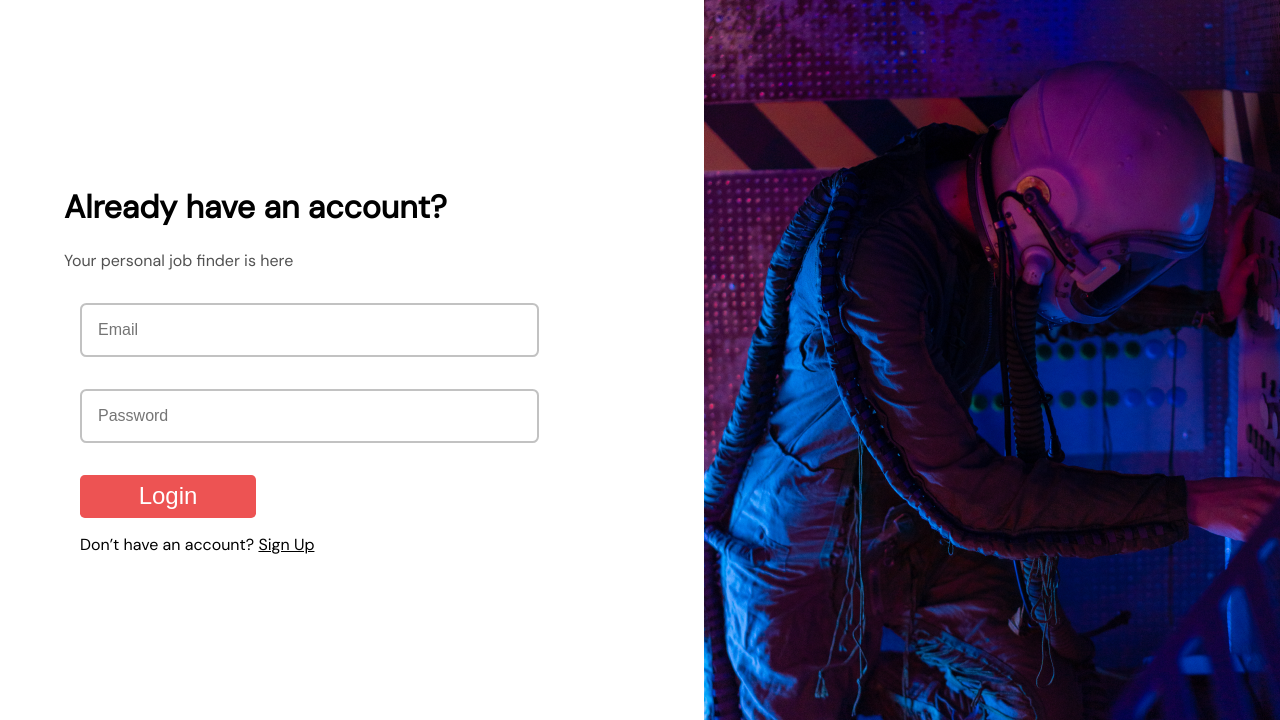
Repository: drumsmanku/node-capstone-project-1
Page: / (app in client/)
An editor plug-in stored every save of this project. The page is shown before and after the next save, followed by the edit.
The browser window is 1280 px wide. The pictures show the whole page.
The page's requests for data from a server got no answer. The project was rebuilt for these pictures with package versions that can differ from the ones it lists, and the page was loaded fresh each time. No one was signed in, and anything a server would have sent is missing. Also part of the build but not shown: client/src/components/Register.js, client/src/components/AddJob.js, client/src/components/Success.js, client/src/components/ViewDetailsWithoutLogin.css, client/src/components/ViewDetailsWithoutLogin.js, client/src/components/EditJob.js, client/src/components/JobDetails.css, client/src/components/JobDetails.js.

Above is the page before, as saved 2023-07-23 11:48:13.

### client/src/App.js
import './App.css';
import Register from './components/Register';
import Login from './components/Login';
import AddJob from './components/AddJob';
import { BrowserRouter as Router, Route, Routes} from 'react-router-dom';
import Success from './components/Success';
import ViewDetailsWithoutLogin from './components/ViewDetailsWithoutLogin';
import JobMainPage from './components/JobMainPage';
import EditJob from './components/EditJob';
import JobDetails from './components/JobDetails';

function App() {
  return (
    <div className="App">
      <Router>
        <Routes>
          <Route path='/' element={<Login/>}/>
          <Route path='/register' element={<Register />}/>
          <Route path='/add' element={<AddJob/>}/>
          <Route path='/view-job' element={<ViewDetailsWithoutLogin/>}/>
          <Route path='/main-job' element={<JobMainPage/>}/>
          <Route path='/edit-job/:id' element={<EditJob/>}/>
          <Route path="/job-det/:id" element={<JobDetails/>}/>
          <Route path='/success' element={<Success/>}/>

        </Routes>
      </Router>

    </div>
  );
}

export default App;

### client/src/components/Login.js
import React, { useState } from 'react';
import { useNavigate } from 'react-router-dom';
import axios from 'axios';
import './Login.css';
import img1 from '../Assets/img1.png';

function Login() {
  const navigate = useNavigate();
  const [user, setUser] = useState({
    email: '',
    password: ''
  });

  const handleChange = e => {
    setUser({
      ...user,
      [e.target.name]: e.target.value
    });
  };

  const login = (event) => {
    event.preventDefault();
    axios.post('http://localhost:4000/login', user)
      .then(res => {
        localStorage.setItem('token', res.data.jwtToken);
        localStorage.setItem('user', res.data.name);
        const tokenInfo=localStorage.getItem('token');
        console.log(tokenInfo)
        navigate('/main-job')
      })
      .catch(err => console.log(err));
  };

  return (
    <div className='login-container'>

      <div className='login-left-container'>
        <div style={{marginLeft:'4rem'}}>
          <h1 style={{}}>Already have an account?</h1>
          <p style={{fontWeight:500,  color:'#525252', marginBottom:'2rem', marginTop:0}}>Your personal job finder is here</p>
        </div>

        <form>
          <div style={{marginLeft:'5rem'}}>
          <input type="email" name="email" value={user.email} onChange={handleChange} placeholder="Email" />
          <input type="password" name="password" value={user.password} onChange={handleChange} placeholder="Password" />

          </div>
          <button type='submit' style={{cursor:'pointer'}} onClick={login} >Login</button>
          <span style={{marginLeft:'5rem'}}>Don’t have an account? <a href="/register">Sign Up</a></span>
        </form>
      </div>
      <div className='login-right-container' style={{backgroundImage:`url(${img1})`}}></div>

    </div>
  );
}

export default Login;

### client/src/components/Register.css
@import url('https://fonts.googleapis.com/css2?family=DM+Sans&display=swap');

body{
  font-family: 'DM Sans';
}

.reg-container{
  width:100vw;
  height: 100vh;
  display: flex;
}

.reg-left-container{
  width: 55%;
  display: flex;
  flex-direction: column;
  justify-content: center;
  font-family: 'DM Sans';
  color: black;

}
.reg-right-container{
  width: 45%;
  height: 100vh;
  background-size: 'cover';
  background-position:center;
  background-repeat: no-repeat;
}
.reg-container form{
  display: flex;
  flex-direction: column;
}
.reg-container input[type='text'], [type='password'], [type='email']{
  width: 70%;
  height: 3rem;
  border:2px solid #C2C2C2;
  border-radius: 0.4rem;
  padding-left: 1rem;
  font-size: 1rem;
  color: black;
  margin-bottom: 2rem;
}
.reg-container button{
  height: 2.7rem;
  width: 25%;
  font-size: x-large;
  background-color: #ED5353;
  border: none;
  border-radius: 0.3rem;
  margin-left: 5rem;
  margin-bottom: 1rem;
  color: white;
}
span a{
  color:black;
}

### client/src/components/Login.css
@import url('https://fonts.googleapis.com/css2?family=DM+Sans&display=swap');

body{
  font-family: 'DM Sans';
}

.login-container{
  width:100vw;
  height: 100vh;
  display: flex;
}
.login-left-container{
  width: 55%;
  display: flex;
  flex-direction: column;
  justify-content: center;
  font-family: 'DM Sans';
  color: black;

}

.login-right-container{
  width: 45%;
  height: 100vh;
  background-size: 'cover';
  background-position:center;
  background-repeat: no-repeat;
}

.login-container form{
  display: flex;
  flex-direction: column;
}
.login-container input [type='password'], [type='email']{
  width: 70%;
  height: 3rem;
  border:2px solid #C2C2C2;
  border-radius: 0.4rem;
  padding-left: 1rem;
  font-size: 1rem;
  color: black;
  margin-bottom: 2rem;
}

.login-container button{
  height: 2.7rem;
  width: 25%;
  font-size: x-large;
  background-color: #ED5353;
  border: none;
  border-radius: 0.3rem;
  margin-left: 5rem;
  margin-bottom: 1rem;
  color: white;
}

### client/src/components/AddJob.css
@import url('https://fonts.googleapis.com/css2?family=DM+Sans&display=swap');

body{
  font-family: 'DM Sans';
  margin: 0;
  padding: 0;
}

.add-container{
  height: 100vh;
  width: 100vw;
  display: flex;
}

.add-left-container{
  width: 58%;

  display: flex;
  flex-direction: column;
  justify-content: center;
  align-items: center;
}
.add-right-container{
  width: 42%;
  background-size: 'cover';
  background-position:center;
  background-repeat: no-repeat;
}
.add-container input{
  border: 2px solid #C2C2C2;
  border-radius: 0.2rem;
  margin-bottom: 1rem;
  margin-left: 1rem;
  padding-left: 1rem;
}
.add-left-container form{
  width: 100%;
  display: flex;
  flex-direction: column;
  margin-left: 20%;
}
.btn-add-page-add{
  height: 2rem;
  width: 15%;
  font-size: medium;
  background-color: #ED5353;
  border: none;
  border-radius: 0.3rem;
  margin-left: 1rem;
  margin-bottom:0;
  color: white;
}
.btn-add-page-cancel{
  height: 2rem;
  width: 15%;
  font-size: medium;
  background-color: #FFFFFF;
  border: 1px solid #CECECE;
  color: #CECECE;
  border-radius: 0.3rem;

  margin-bottom: 0;

}

### client/src/components/JobMainPage.css
@import url('https://fonts.googleapis.com/css2?family=DM+Sans&display=swap');


.main-page-container{
  height: 100vh;
  width: 100vw;
  display: flex;
  flex-direction: column;
}

.main-upper-container{
  height: 20%;
  width: 100%;
  display: flex;
  background-size: 100%;
  background-position:center;
  background-repeat: no-repeat;
}
.main-lower-container{
  height: 80%;
  width: 100%;
  display: flex;
  flex-direction: column;
  align-items: center;
}
.btn-main-page-login{
  height: 2rem;
  width: 6rem;
  font-weight: 500;
  font-size: medium ;
  background-color: #ED5353;
  border: 2px solid white;
  border-radius: 0.3rem;
  margin-left: 1rem;
  margin-bottom:0;
  color: white;
  font-family: 'DM Sans';
  cursor: pointer;
}
.btn-main-page-register{
  height: 2rem;
  width: 6rem;
  font-size: medium;
  font-weight: 500;
  background-color: white;
  border: none;
  border-radius: 0.3rem;
  margin-left: 1rem;
  margin-bottom:0;
  color: #ED5353;
  font-family: 'DM Sans';
  cursor: pointer;
}

### client/src/components/EditJob.css
@import url('https://fonts.googleapis.com/css2?family=DM+Sans&display=swap');

body{
  font-family: 'DM Sans';
}

.edit-container{
  height: 100vh;
  width: 100vw;
  display: flex;
}

.edit-left-container{
  width: 58%;

  display: flex;
  flex-direction: column;
  justify-content: center;
  align-items: center;
}
.edit-right-container{
  width: 42%;
  background-size: 'cover';
  background-position:center;
  background-repeat: no-repeat;
}
.edit-container input{
  border: 2px solid #C2C2C2;
  border-radius: 0.2rem;
  margin-bottom: 1rem;
  margin-left: 1rem;
  padding-left: 1rem;
}
.edit-left-container form{
  width: 100%;
  display: flex;
  flex-direction: column;
  margin-left: 20%;
}
.btn-edit-page-edit{
  height: 2rem;
  width: 15%;
  font-size: medium;
  background-color: #ED5353;
  border: none;
  border-radius: 0.3rem;
  margin-left: 1rem;
  margin-bottom:0;
  color: white;
}
.btn-edit-page-cancel{
  height: 2rem;
  width: 15%;
  font-size: medium;
  background-color: #FFFFFF;
  border: 1px solid #CECECE;
  color: #CECECE;
  border-radius: 0.3rem;

  margin-bottom: 0;

}

### client/src/components/JobMainPage.js
import React, { useEffect, useState } from 'react';
import './JobMainPage.css';
import img3 from '../Assets/Rectangle1.png';
import { useNavigate } from 'react-router-dom';
import axios from 'axios';
import peopleImg from '../Assets/people.png';
import flagImg from'../Assets/flag.png';


function JobMainPage() {
  const [jobs, setJobs] = useState([]);
  const [user, setUser] = useState(localStorage.getItem('user'));
  const [skillsDet, setSkillsDet]=useState([]);
  const [position, setPosition]=useState([]);
  const [isLoggedIn, setIsLoggedIn] = useState(false);

  const handleChange=(event)=>{
    const skillGroup = event.target.value;
    if (!skillsDet.includes(skillGroup)) {
      setSkillsDet([...skillsDet, skillGroup]);
    }
  }

  const handleSearchChange=(event)=>{
    setPosition( [event.target.value])
  }
  const handleClose=(event)=>{
    setSkillsDet([]);
  }
  const removeSkill = (skillToRemove) => {
    setSkillsDet(skillsDet.filter(skill => skill !== skillToRemove));
  }


  useEffect(() => {

    const skills = skillsDet;
    const jobPositions = position;
    axios.get(`http://localhost:4000/get-jobs?skills=${skills.join(',')}&jobPosition=${jobPositions.join(',')}`)
      .then(res => {
        setJobs(res.data.jobs);
        console.log(res.data)
      })
      .catch(err => console.log(err));
  }, [skillsDet, position]);

  useEffect(() => {
    const user = localStorage.getItem('user');
    if (user) {
      setIsLoggedIn(true);
    }
  }, []);

  const handleLogout = () => {
    localStorage.removeItem('user');
    setIsLoggedIn(false);
    navigate('/');
  };
  const navigate=useNavigate();

  const styles = {
    body: {
      margin: 0,
      padding: 0,
    },
    container: {
      width: '100%',
      padding: '0 0rem',
    },
    searchAndTags: {
      flexDirection: window.innerWidth > 768 ? 'row' : 'column',
    },
    jobCards: {
      flexDirection: window.innerWidth > 768 ? 'row' : 'column',
    },
    jobCard: {
      flexDirection: window.innerWidth > 768 ? 'row' : 'column',
    },
    skillsContainer: {
      display: 'flex',
      flexWrap: 'wrap',
    },

    // ... add more styles as needed ...
  };

  return (
    <div style={{...styles.container, fontFamily:'DM Sans'}} className='main-page-container'>
      <div className='main-upper-container' style={{backgroundImage:`url(${img3})`, }}>

        <div style={{display:'flex',width:'100%', justifyContent:' space-between', alignItems:'center',}}>
        <h3 style={{marginLeft:'5rem', color:'white', fontSize:'1.5rem'}}>JobFinder</h3>
        <div style={{display:'flex', marginRight:'5rem'}}>
            {isLoggedIn ? (
              <>
                <button style={{background:'none', fontSize:'large', border:'none', fontFamily:'DM Sans', color:'white'}} onClick={handleLogout}>Logout</button>
                <span style={{color:'white', fontFamily:'DM Sans', fontSize:'large', display:'flex', alignItems:'center', marginLeft:'1rem'}}>Hello! {user}</span>
                <img src={flagImg} alt="" height={50} width={50} style={{borderRadius:'100%', marginLeft:'1rem'}} />
              </>
            ) : (
              <>
                <button className='btn-main-page-login' onClick={()=>{navigate('/login')}} type='submit'  >Login</button>
                <button type='submit'  onClick={()=>{navigate('/register')}} className='btn-main-page-register'  >Register</button>
              </>
            )}
          </div>
        </div>
      </div>
      <div className="main-lower-container">
        <div style={{width:'80%'}}>
          <div className='search-and-tags'style={{...styles.searchAndTags, boxShadow:'0 0 1rem 0rem #FF202050', width:'100%', display:'flex', flexDirection:'column', alignItems:'center', marginTop:"2rem", marginBottom:'1rem'}}>
              <input onChange={handleSearchChange} type="text" placeholder='Type any job title' style={{paddingLeft:'3rem', height:'3rem', width:'80%', borderRadius:'0.5rem', border:'1.8px solid #E3E3E3', fontSize:'1.3rem', marginTop:'1.2rem ', marginBottom:'1.2rem'}} />
              <div style={{width:'84%', display:'flex', marginBottom:"3rem", marginTop:'1rem'}}>
                <select onChange={handleChange} style={{border:'1.84px solid #C2C2C2', borderRadius:'0.5rem', height:'2rem', color:'#C2C2C2', width:'7rem', marginRight:'1rem'}} name='remoteOrOffice'  placeholder='Select'>
                  <option style={{textAlign:'center', color:'#C2C2C2'}} value="">Skills</option>
                  <option value="Node">Node</option>
                  <option value="React">React</option>
                  <option value="CSS">CSS</option>
                  <option value="JavaScript">JavaScript</option>
                  <option value="HTML">HTML</option>
                  <option value="Wordpress">Wordpress</option>
                  <option value="php">php</option>

                  <option value="C">C</option>
                  <option value="Python">Python</option>
                </select>
                <div style={{display:'flex', flexWrap:'wrap'}}>
                  {
                    skillsDet.map((skill, key) => (
                      <span style={{marginRight:'1rem', backgroundColor:'#FFEEEE', height:'2rem', width:'6rem', fontSize:'small',display:'flex', justifyContent:'space-between', alignItems:'center', paddingLeft:'1rem', borderRadius:'0.2rem', marginBottom:'1rem'}} id={key}>
                        {skill}
                        <button style={{height:'inherit', border:'none', backgroundColor:'#FF6B6B', width:'30%', color:'white', cursor:'pointer'}} onClick={() => removeSkill(skill)}>X</button>
                      </span>
                    ))

                  }
                </div>
                <div style={{width:'31%', textAlign:'end'}}>
                  {
                    skillsDet.length > 0 && (
                      <button onClick={handleClose} style={{border:'none', background:'none',fontSize:'0.9rem', color:'#ED5353'}}>Clear</button>
                    )
                  }
                  {
                    isLoggedIn&&(
                      <button onClick={()=>{navigate('/add')}} style={{backgroundColor:'#ED5353', border:'none', borderRadius:'0.2rem', height:'2rem', width:'8rem', color:'white', fontFamily:'DM Sans', fontSize:'medium', marginRight:'0.5rem', cursor:'pointer'}}>Add Job +</button>
                    )
                  }

                </div>


              </div>

          </div>
          <div className="job-cards" style={styles.jobCards}>
              {
                jobs.map((job, idx)=>(
                  <div key={idx} style={{...styles.jobCard, boxShadow:'0 0 1rem 0rem #FF202030', width:'100%', display:'flex', marginBottom:'2rem',paddingTop:'2rem',paddingBottom:'2rem', alignItems:'center'}}>
                    <div style={{width:'8%', height:'100%'}}>
                      <img src={job.logoURL} alt="" />
                    </div>
                    <div style={{width:'80%', display:'flex', justifyContent:'space-between'}}>
                      <div style={{display:'flex', flexDirection:'column'}}>
                        <b>{job.jobPosition}</b>
                        <div style={{display:'flex', alignItems:'center', color:'#9C9C9C'}}>
                          <img src={peopleImg} alt="" height={15} style={{marginRight:'2rem'}}/>
                          <p style={{marginRight:'2rem'}}>11-50</p>
                          <span style={{marginRight:'2rem'}}>₹{job.monthlySalary}</span>
                          <div style={{display:'flex', alignItems:'center', marginRight:'2rem'}}>
                            <img src={flagImg} alt="" height={30} style={{marginRight:'1rem'}} />
                            <p>{job.location}</p>
                          </div>
                        </div>
                        <div style={{display:'flex', fontSize:'0.8rem', width:'8rem', justifyContent:'space-between', color:'#ED5353'}}>
                          <p style={{}}>{job.remoteOrOffice}</p>
                          <p>{job.jobType}</p>
                        </div>
                      </div>
                      <div style={{display:'flex', flexDirection:'column', justifyContent:'space-between', alignItems:'flex-end'}}>
                        <div style={{...styles.skillsContainer,display:'flex', marginTop:'1rem', marginBottom:'2rem'}}>
                          {
                            position!=''&&<span style={{marginRight:'1rem', backgroundColor:'#FFEEEE', height:'2rem', width:'5rem', fontSize:'small',display:'flex', justifyContent:'center', alignItems:'center', borderRadius:'0.2rem', fontWeight:'bold'}} >{position}</span>
                          }
                          {
                            job.skills.map((skill, idx)=>(
                              <span style={{marginRight:'1rem', backgroundColor:'#FFEEEE', height:'2rem', width:'5rem', fontSize:'small',display:'flex', justifyContent:'center', alignItems:'center', borderRadius:'0.2rem', fontWeight:'bold', marginBottom:'1rem'}} key={idx}>{skill}</span>
                            ))
                          }
                        </div>
                        <div>
                          {isLoggedIn && <button style={{backgroundColor:'white', border:'2px solid #ED5353', borderRadius:'0.2rem', height:'2rem', width:'8rem', color:'#ED5353', fontFamily:'DM Sans', fontSize:'medium', marginRight:'0.5rem', cursor:'pointer'}} onClick={() => navigate(`/edit-job/${job._id}`)}>Edit job</button>}
                          <button style={{backgroundColor:'#ED5353', border:'none', borderRadius:'0.2rem', height:'2rem', width:'8rem', color:'white', fontFamily:'DM Sans', fontSize:'medium', marginRight:'0.5rem', cursor:'pointer'}} onClick={() => navigate(`/job-det/${job._id}`)} > View Details
                          </button>
                        </div>

                      </div>
                    </div>

                  </div>
                ))
              }
          </div>
        </div>
      </div>
    </div>
  )
}

export default JobMainPage

Loaded but not shown: client/public/index.html (common file); client/src/index.js (common file); client/src/index.css (common file); client/src/App.css (no stored copy; drawn as an empty file)

After the next save:
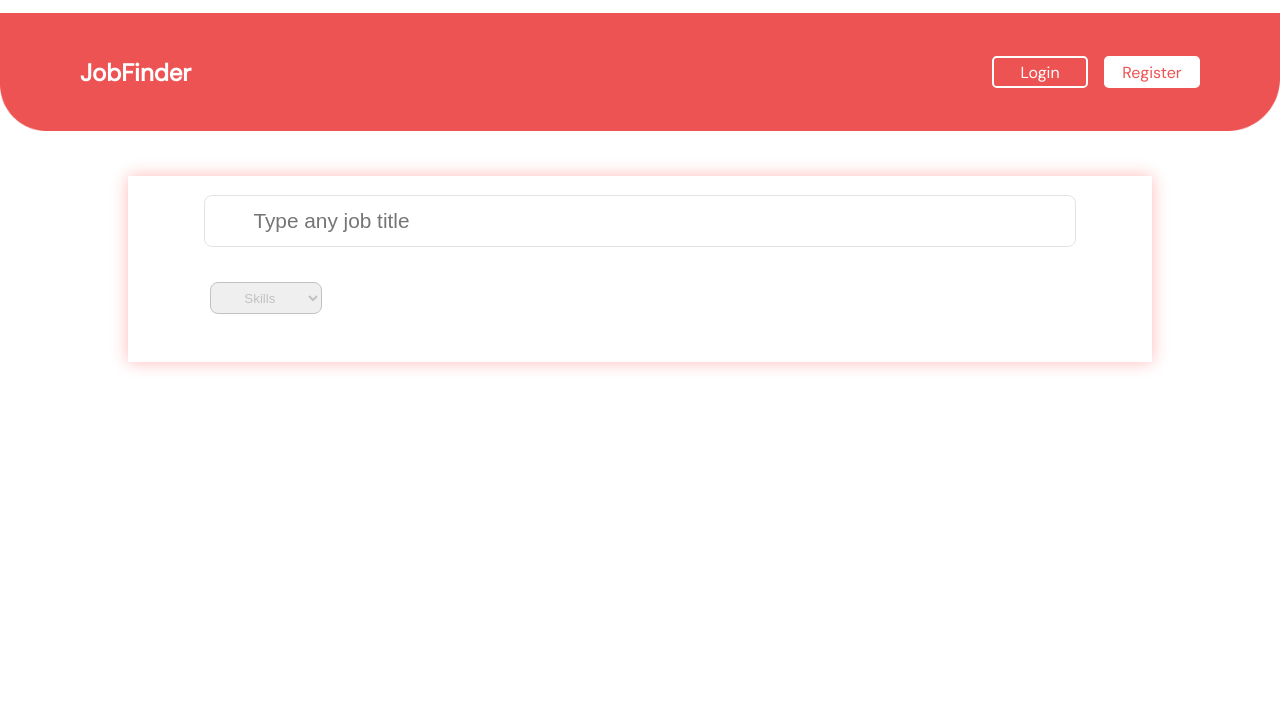
Saved 5 s later.
--- a/client/src/App.js
+++ b/client/src/App.js
@@ -14,10 +14,10 @@ function App() {
     <div className="App">
       <Router>
         <Routes>
-          <Route path='/' element={<Login/>}/>
+          <Route path='/' element={<JobMainPage/>}/>
           <Route path='/register' element={<Register />}/>
           <Route path='/add' element={<AddJob/>}/>
-          <Route path='/view-job' element={<ViewDetailsWithoutLogin/>}/>
+          <Route path='/login' element={<Login/>}/>
           <Route path='/main-job' element={<JobMainPage/>}/>
           <Route path='/edit-job/:id' element={<EditJob/>}/>
           <Route path="/job-det/:id" element={<JobDetails/>}/>
